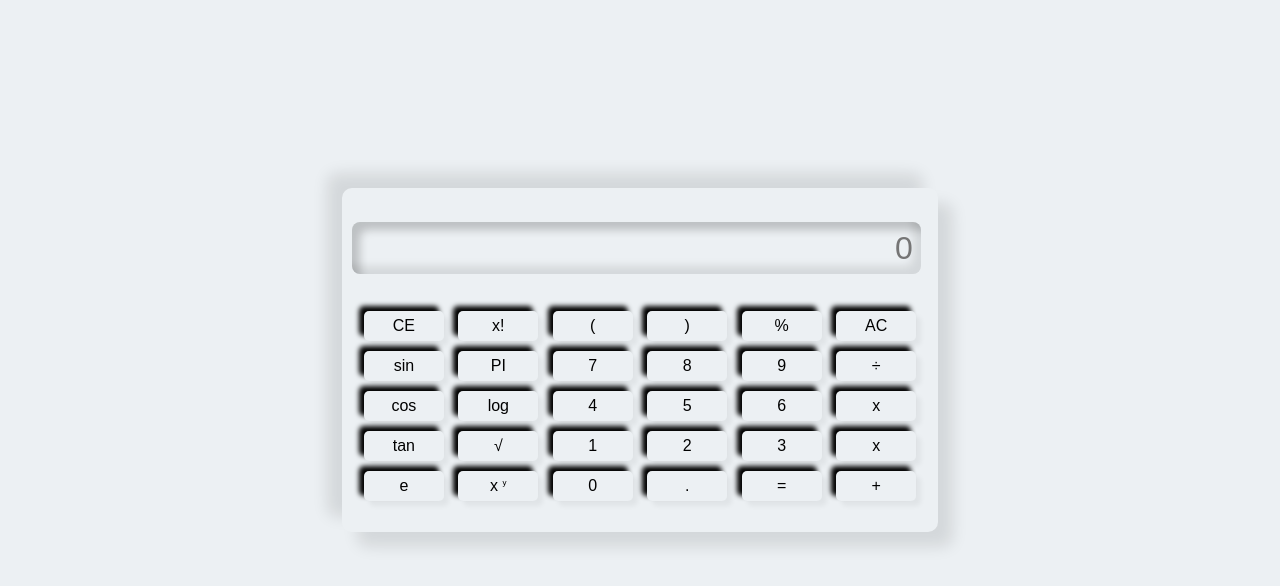
Repository: Haakim19/Scientific-Calculator
Page: intex.html
The author's editor kept a copy of each file at every save. The page is drawn from the files as they stood at one save, then again after the next save.
The browser window is 1280 px wide. The pictures show the whole page.

Above is the page before, as saved 2024-10-27 12:43:52.

### intex.html
<!DOCTYPE html>
<html lang="en">
<head>
    <meta charset="UTF-8">
    <meta name="viewport" content="width=device-width, initial-scale=1.0">
    <title>Scientific Calculator</title>
    <link rel="stylesheet" href="Style.css">
</head>
<body>
    <div class="container">
        <div class="display">
                <input type="text" id="screen" placeholder="0" >
        </div>
        <div class="btns">
            <div class="row">
                <button class="btn">CE</button>
                <button class="btn">x!</button>
                <button class="btn">(</button>
                <button class="btn">)</button>
                <button class="btn">%</button>
                <button class="btn">AC</button>
            </div>
            <div class="row">
                <button class="btn">sin</button>
                <button class="btn">PI</button>
                <button class="btn">7</button>
                <button class="btn">8</button>
                <button class="btn">9</button>
                <button class="btn">÷</button>
            </div>
            <div class="row">
                <button class="btn">cos</button>
                <button class="btn">log</button>
                <button class="btn">4</button>
                <button class="btn">5</button>
                <button class="btn">6</button>
                <button class="btn">x</button>
            </div>
            <div class="row">
                <button class="btn">tan</button>
                <button class="btn">√</button>
                <button class="btn">1</button>
                <button class="btn">2</button>
                <button class="btn">3</button>
                <button class="btn">x</button>
            </div>
            <div class="row">
                <button class="btn">e</button>
                <button class="btn">x <sup style="font-size: 0.5rem;">y</sup></button>
                <button class="btn">0</button>
                <button class="btn">.</button>
                <button class="btn">=</button>
                <button class="btn">+</button>
            </div>
        </div>
</body>

</html>

### Style.css
body{
    /* background-color: #f0f0f0; */
    font-family: Arial, sans-serif;
    margin: 0;
    padding: 0;
    justify-content: center;
    align-items: center;
    display: flex;
    min-height: 100vh;
    background: #ecf0f3;
}

.container{
    width: 45%;
    height: 45vh;
    padding: 10px;
    border-radius: 10px;
    box-shadow: 15px 15px 15px rgba(0, 0, 0, 0.1),
                -15px -15px 15px rgba(0, 0, 0, 0.1);
}
 /* #screen1{
    width: 97%;
    height: 70px;
    border: none;
    outline: none;
    text-align: right;
    padding-right: 0.5rem;
    margin-top: 1.5rem;
    font-size: 2em;
    border-radius: 8px;
    background:#ecf0f3;
    box-shadow: inset 5px 5px 5px rgba(0, 0, 0, 0.2),
                inset -5px -5px 5px rgba(0, 0, 0, 0.1);

} */
.display #screen{
    width: 97%;
    height: 50px;
    border: none;
    outline: none;
    text-align: right;
    padding-right: 0.5rem;
    margin-top: 1.5rem;
    font-size: 2em;
    border-radius: 8px;
    background:#ecf0f3;
    display: flex;
    flex-direction: column;
    box-shadow: inset 8px 8px 8px rgba(0, 0, 0, 0.2),
                inset -8px -8px 8px rgba(0, 0, 0, 0.1);
}

.btns {
    width: 100%;
    cursor: pointer;
    display: flex;
    justify-content: center;
    align-items: center;
    /* border-radius: 5px; */
    margin-top: 2rem;
    flex-direction: column;
}
.btns .row button{
    width: 80px;
    height: 30px;
    margin: 5px;
    border: none;
    outline: none;
    font-size:16px;
    border-radius: 5px;
    cursor: pointer;
    background: #ecf0f3;
    box-shadow: 5px 5px 5px rgba(0, 0, 0, 0.05),
                -5px -5px 5px rgba(0, 0, 0, 1.5);
}

After the next save:
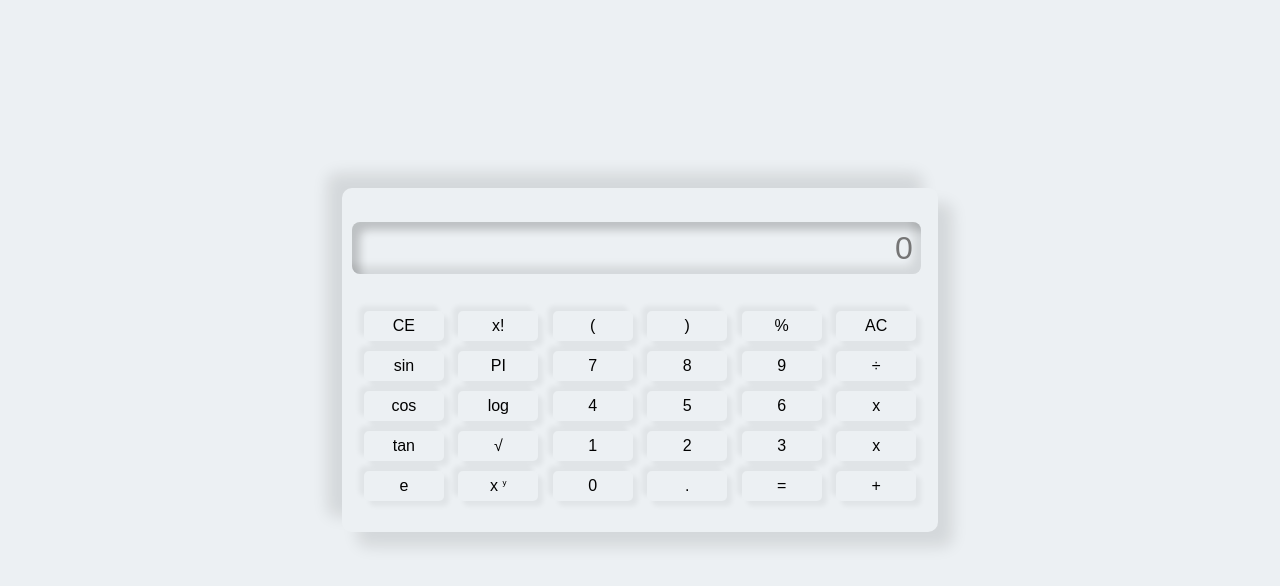
Saved 10 s later.
--- a/Style.css
+++ b/Style.css
@@ -71,5 +71,5 @@ body{
     cursor: pointer;
     background: #ecf0f3;
     box-shadow: 5px 5px 5px rgba(0, 0, 0, 0.05),
-                -5px -5px 5px rgba(0, 0, 0, 1.5);
+                -5px -5px 5px rgba(0, 0, 0, 0.05);
 }
